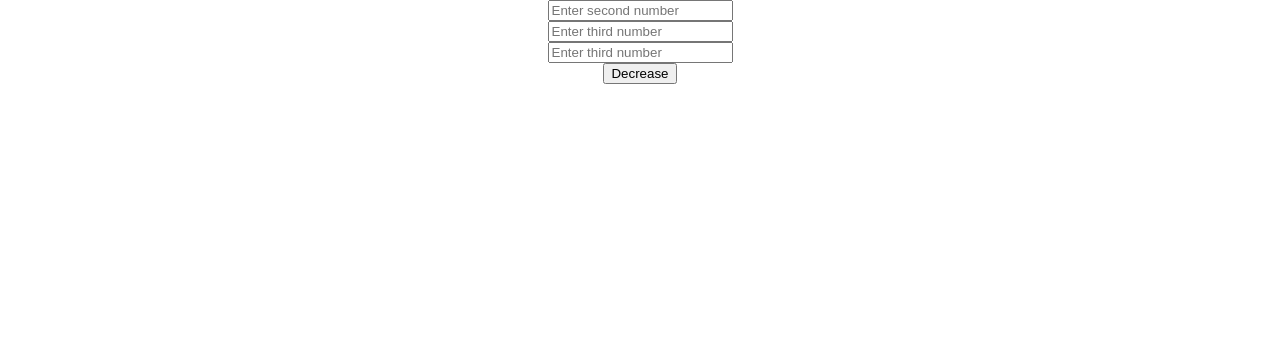
Repository: purnimapatel/SI-calculator
Page: /
An editor plug-in stored every save of this project. The page is shown before and after the next save, followed by the edit.
The browser window is 1280 px wide. The pictures show the whole page.
The project was rebuilt for these pictures with package versions that can differ from the ones it lists, and the page was loaded fresh each time.

Above is the page before, as saved 2024-08-26 11:14:50.

After the next save:
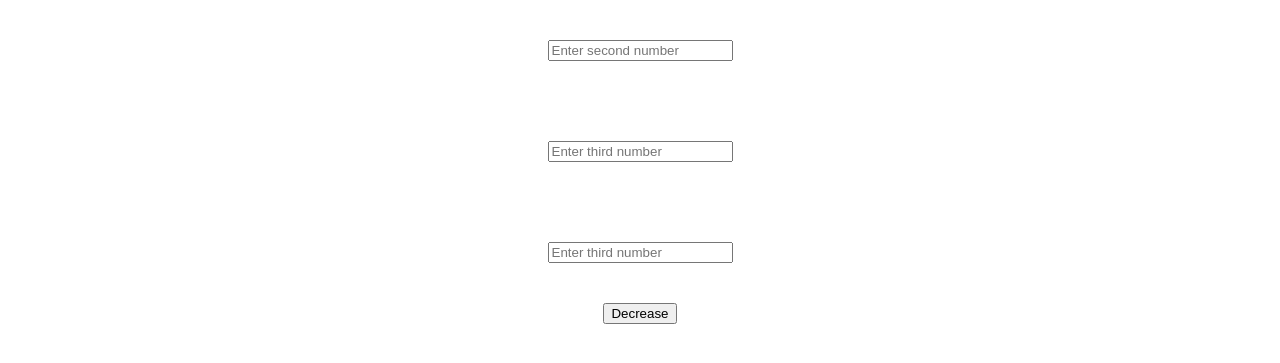
Saved 28 s later.
--- a/src/App.css
+++ b/src/App.css
@@ -17,3 +17,6 @@ input[type=number]::-webkit-inner-spin-button {
 input[type=number] {
     -moz-appearance: textfield;
 }
+#field{
+  margin:40px;
+}
